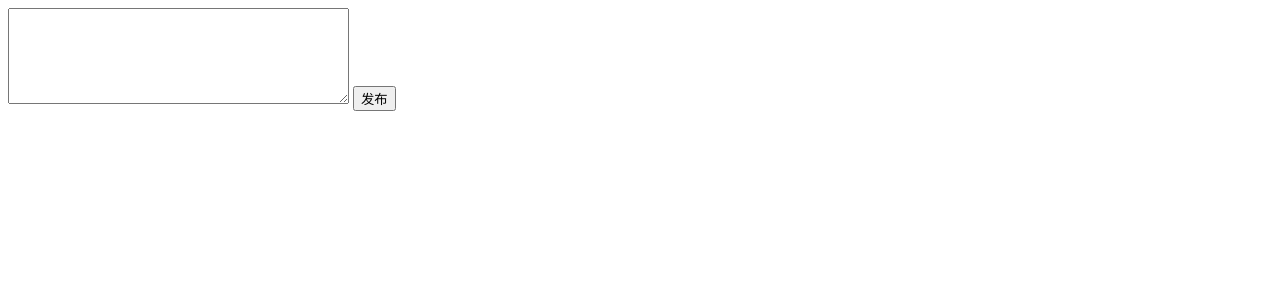
Repository: Sky0258/study
Page: js/9.发布留言案例.html
An editor plug-in stored every save of this project. The page is shown before and after the next save, followed by the edit.
The browser window is 1280 px wide. The pictures show the whole page.

Above is the page before, as saved 2022-09-11 17:34:35.
Console error: SyntaxError: Unexpected token ';'

### js/9.发布留言案例.html
<!-- 创建新的节点放置到某个特定节点里面，可以放在其子节点的后面 （类似push），也可以设置某个特定的子节点前面 -->
<!DOCTYPE html>
<html lang="en">
<head>
    <meta charset="UTF-8">
    <meta http-equiv="X-UA-Compatible" content="IE=edge">
    <meta name="viewport" content="width=device-width, initial-scale=1.0">
    <title>Document</title>
</head>
<body>
    <textarea cols="40" rows="6"></textarea>
    <button>发布</button>
    <ul>
    </ul>
</body>
<script>
    var text = document.querySelector('textarea');
    var btn = document.querySelector('button');
    var ul = document.querySelector('ul');

    btn.onclick = function() {
        if (text.value == ''){
            alert('请输入您要发布的内容');
            return false;
        } else {
            var li = document.createElement('li');
            li.innerHTML = text.value + ;

            // 1.类似于 push 的放到 ul 的最后面
            // ul.appendChild(li);

            // 2.放到特定的子节点的前面  (这里每一次都是放在第一个子元素前面)
            ul.insertBefore(li,ul.children[0]);

            text.value = '';
        }
    }
</script>
</html>

After the next save:
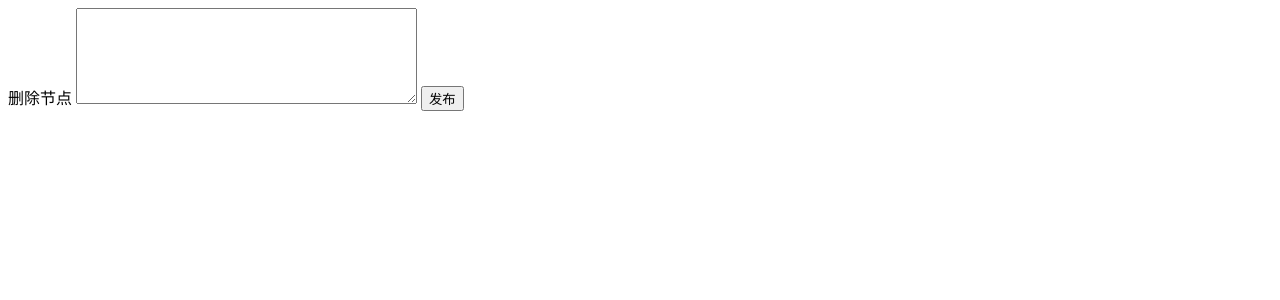
Saved 43 s later.
--- a/js/9.发布留言案例.html
+++ b/js/9.发布留言案例.html
@@ -1,4 +1,5 @@
 <!-- 创建新的节点放置到某个特定节点里面，可以放在其子节点的后面 （类似push），也可以设置某个特定的子节点前面 -->
+删除节点
 <!DOCTYPE html>
 <html lang="en">
 <head>
@@ -33,6 +34,9 @@
             ul.insertBefore(li,ul.children[0]);
 
             text.value = '';
+
+            // 删除节点
+
         }
     }
 </script>

After the save that followed:
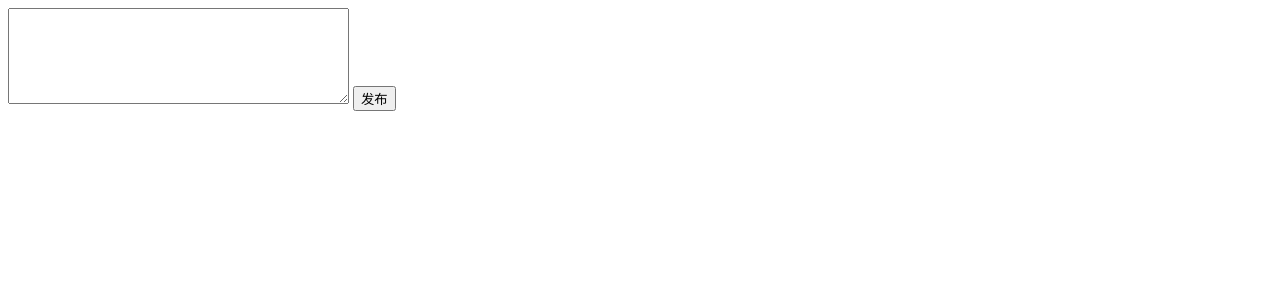
The error is gone.
Saved 43 s later.
--- a/js/9.发布留言案例.html
+++ b/js/9.发布留言案例.html
@@ -1,5 +1,5 @@
 <!-- 创建新的节点放置到某个特定节点里面，可以放在其子节点的后面 （类似push），也可以设置某个特定的子节点前面 -->
-删除节点
+<!-- 删除节点 -->
 <!DOCTYPE html>
 <html lang="en">
 <head>
@@ -25,7 +25,7 @@
             return false;
         } else {
             var li = document.createElement('li');
-            li.innerHTML = text.value + ;
+            li.innerHTML = text.value + "<a href='javascript:;'>删除</a>";
 
             // 1.类似于 push 的放到 ul 的最后面
             // ul.appendChild(li);
